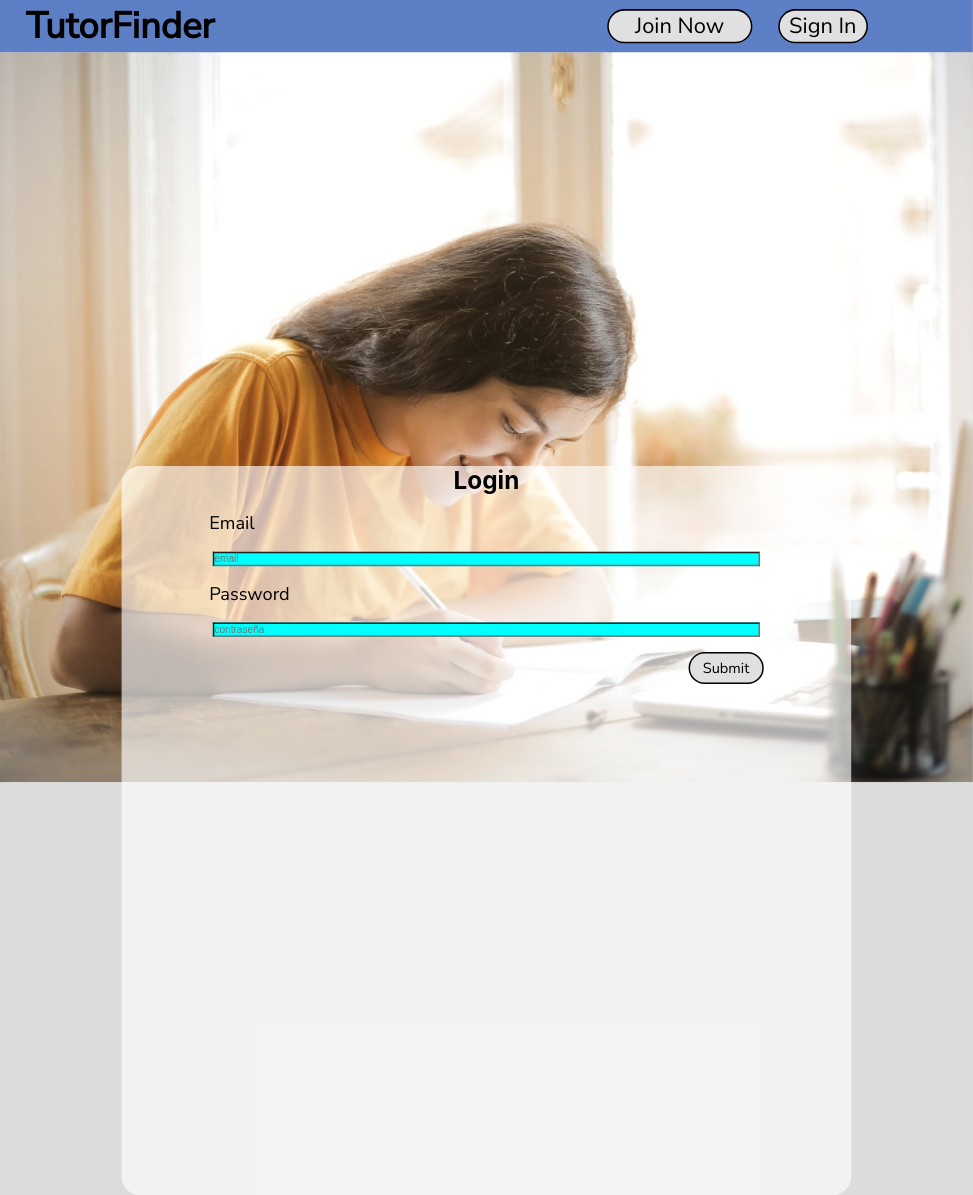
Repository: uprm-inso-4117-2020-2021-s2/semester-project-uprm-inso-4117-2020-2021-s2-team-7
Page: / (app in tutorfinder/)
These files come from the project's save history. The page is drawn as it stood at one moment and after the next save; the edit follows.
The browser window is 1280 px wide. The pictures show the whole page, at 76% of full size.
The project was rebuilt for these pictures with package versions that can differ from the ones it lists, and the page was loaded fresh each time. Also part of the build but not shown: tutorfinder/src/Search.js, tutorfinder/src/Signup.js.

Above is the page before, as saved 2021-03-30 20:40:16.

After the next save:
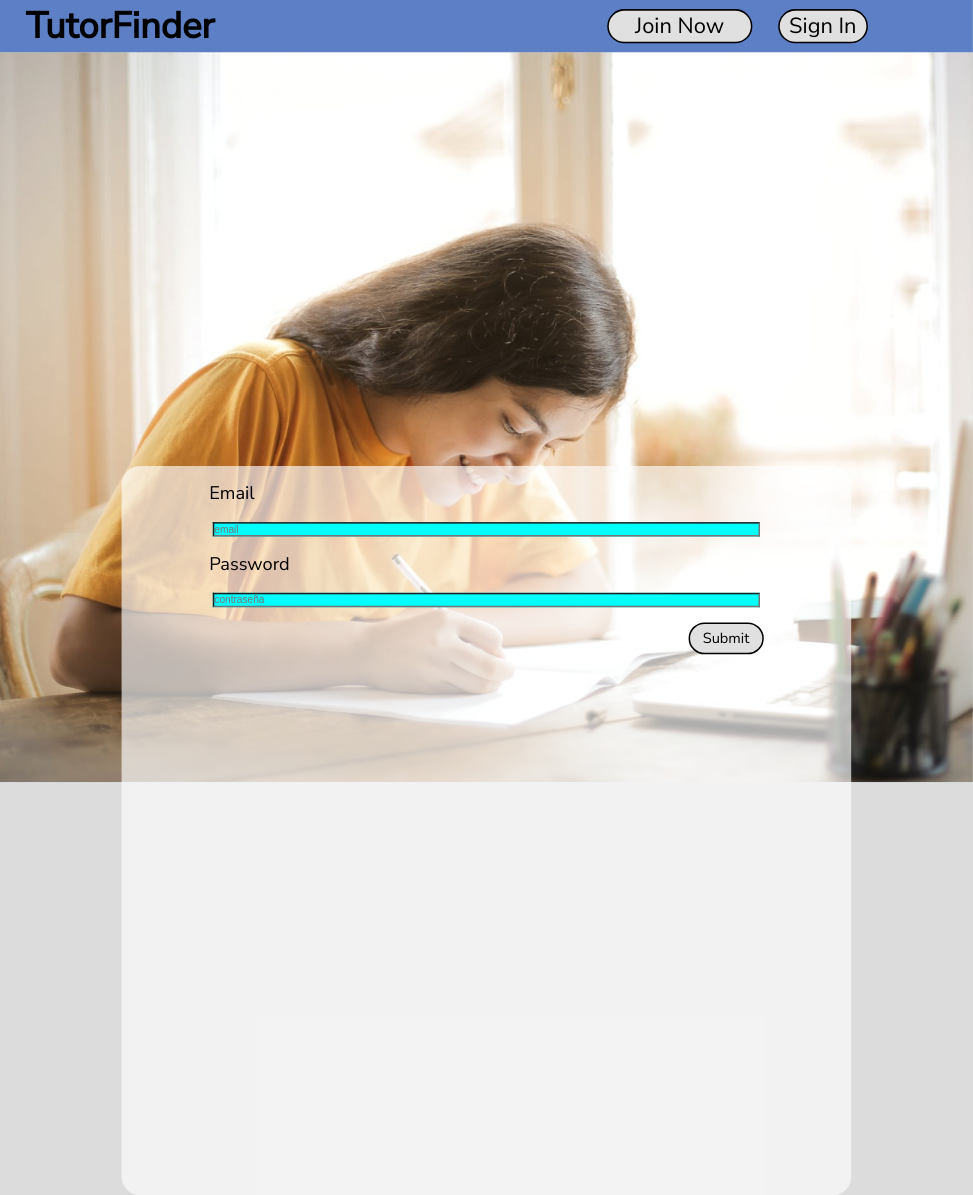
Saved 13 s later.
--- a/tutorfinder/src/Login.js
+++ b/tutorfinder/src/Login.js
@@ -9,7 +9,7 @@
 
     return (
       <div className="login">
-        <h1 className="">Login</h1>
+        {/* <h1 className="">Login</h1> */}
         <div className="fullWidth">
           <Container>
             <Form>

After the save that followed:
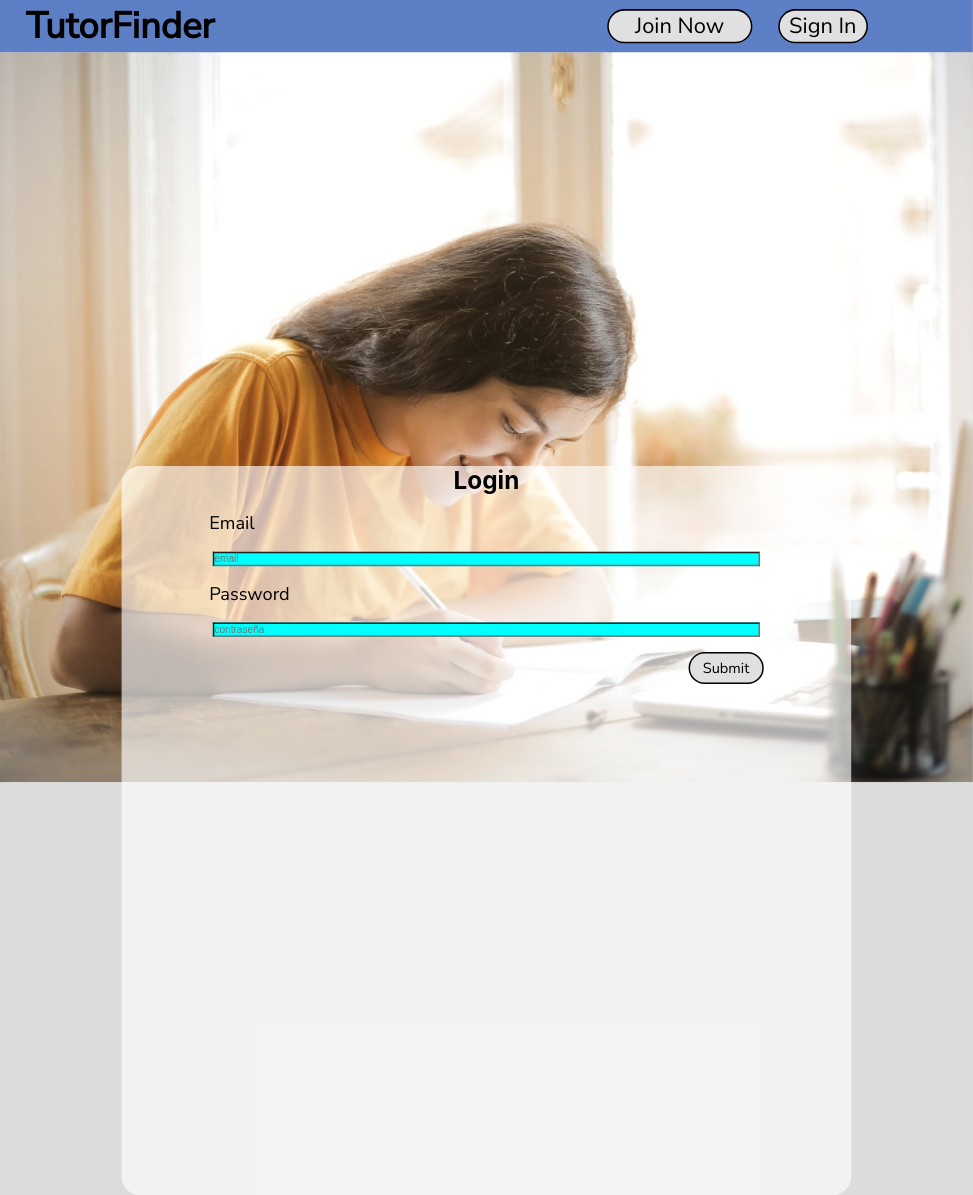
Saved 15 s later.
--- a/tutorfinder/src/Login.js
+++ b/tutorfinder/src/Login.js
@@ -9,7 +9,7 @@
 
     return (
       <div className="login">
-        {/* <h1 className="">Login</h1> */}
+        <h1 className="">Login</h1>
         <div className="fullWidth">
           <Container>
             <Form>
